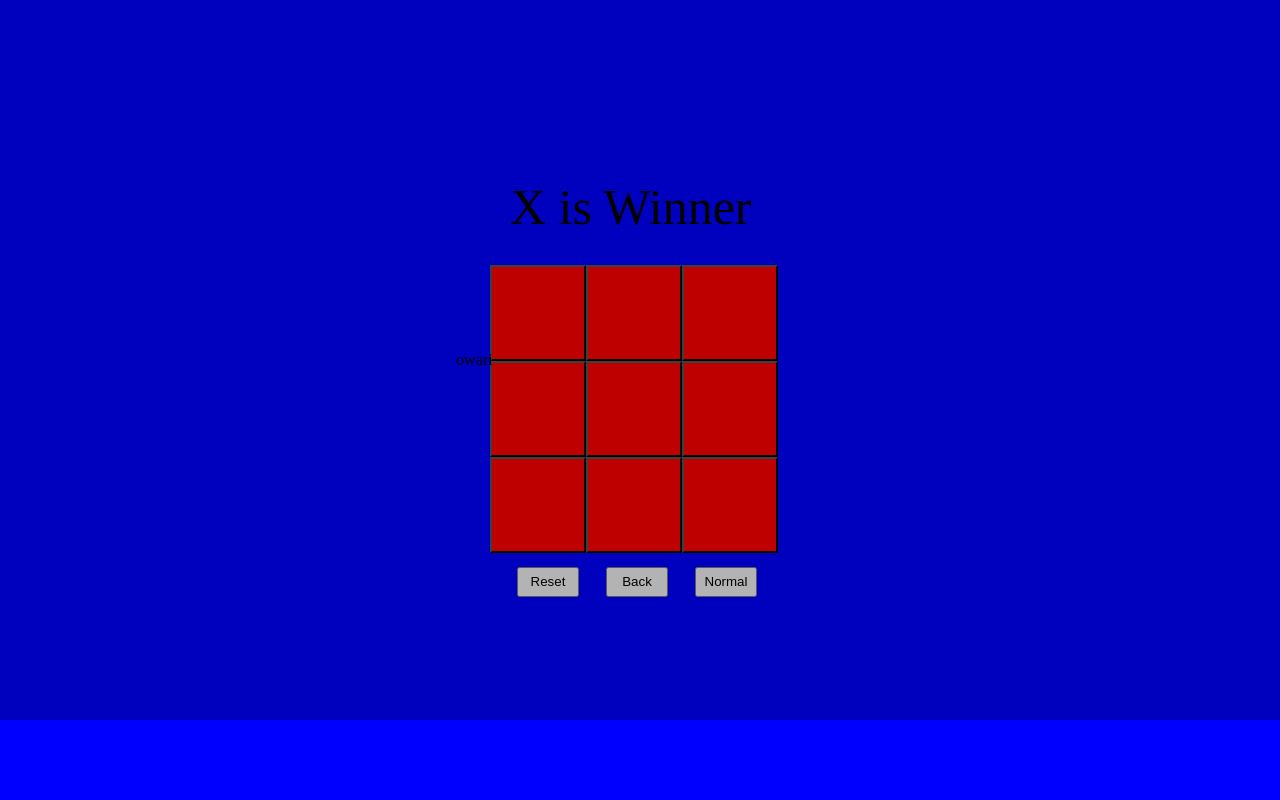
Repository: Mush-s/Folio-OX
Page: /game
The author's editor kept a copy of each file at every save. The page is drawn from the files as they stood at one save, then again after the next save.
The browser window is 1280 px wide. The pictures show the whole page.
The project was rebuilt for these pictures with package versions that can differ from the ones it lists, and the page was loaded fresh each time. Also part of the build but not shown: src/Start/Start.css, src/Start/Start.js.

Above is the page before, as saved 2022-09-02 19:01:23.

### src/index.js
import { createRoot } from "react-dom/client";
import { BrowserRouter } from "react-router-dom";
import ReactDOM from "react-dom";
import AfterGame from "./TicTacToe/AfterGame/AfterGame";

import App from "./App";
const container = document.getElementById("root");
const root = createRoot(container);
root.render(
  <BrowserRouter>
    <App />
  </BrowserRouter>
);

export const OverLay = () => {
  return ReactDOM.createPortal(
    <AfterGame />,
    document.getElementById("portal")
  );
};

### src/TicTacToe/AfterGame/AfterGame.js
import "./AfterGame.css";

const AfterGame = () => {
  return (
    <div className="after">
      <div className="content">owari</div>
    </div>
  );
};

export default AfterGame;

### src/App.js
import "./App.css";
import Game from "./TicTacToe/Game/Game";
import Start from "./Start/Start";
import { Route, Routes } from "react-router-dom";

const App = () => {
  return (
    <div className="app">
      <Routes>
        <Route path="/" element={<Start />} exact/>
        <Route path="/game" element={<Game />} />
      </Routes>
    </div>
  );
};

export default App;

### src/TicTacToe/AfterGame/AfterGame.css
.after {
    background: rgba(0, 0, 0, 0.25);
    position: fixed;
    left: 0;
    top: 0;
    height: 100%;
    width: 100%;
    display: flex;
    align-items: center;
    justify-content: center;
  }

  .after .content {
    background: transparent;
    padding: 1rem;
    width: 400px;
    height: auto;
  }

### src/App.css
.app {
  position: relative;
  height: 50em;
  background-color: blue;
}
/* Document
 * ========================================================================== */

/**
 * 1. Add border box sizing in all browsers (opinionated).
 * 2. Backgrounds do not repeat by default (opinionated).
 */

*,
::before,
::after {
  box-sizing: border-box; /* 1 */
  background-repeat: no-repeat; /* 2 */
}

/**
  * 1. Add text decoration inheritance in all browsers (opinionated).
  * 2. Add vertical alignment inheritance in all browsers (opinionated).
  */

::before,
::after {
  text-decoration: inherit; /* 1 */
  vertical-align: inherit; /* 2 */
}

/**
  * 1. Use the default cursor in all browsers (opinionated).
  * 2. Change the line height in all browsers (opinionated).
  * 3. Breaks words to prevent overflow in all browsers (opinionated).
  * 4. Use a 4-space tab width in all browsers (opinionated).
  * 5. Remove the grey highlight on links in iOS (opinionated).
  * 6. Prevent adjustments of font size after orientation changes in iOS.
  */

:where(:root) {
  cursor: default; /* 1 */
  line-height: 1.5; /* 2 */
  overflow-wrap: break-word; /* 3 */
  -moz-tab-size: 4; /* 4 */
  tab-size: 4; /* 4 */
  -webkit-tap-highlight-color: transparent; /* 5 */
  -webkit-text-size-adjust: 100%; /* 6 */
  text-size-adjust: 100%; /* 6 */
}

/* Sections
  * ========================================================================== */

/**
  * Remove the margin in all browsers (opinionated).
  */

:where(body) {
  margin: 0;
}

/**
  * Correct the font size and margin on `h1` elements within `section` and
  * `article` contexts in Chrome, Edge, Firefox, and Safari.
  */

:where(h1) {
  font-size: 2em;
  margin: 0.67em 0;
}

/* Grouping content
  * ========================================================================== */

/**
  * Remove the margin on nested lists in Chrome, Edge, and Safari.
  */

:where(dl, ol, ul) :where(dl, ol, ul) {
  margin: 0;
}

/**
  * 1. Correct the inheritance of border color in Firefox.
  * 2. Add the correct box sizing in Firefox.
  */

:where(hr) {
  color: inherit; /* 1 */
  height: 0; /* 2 */
}

/**
  * Remove the list style on navigation lists in all browsers (opinionated).
  */

:where(nav) :where(ol, ul) {
  list-style-type: none;
  padding: 0;
}

/**
  * Prevent VoiceOver from ignoring list semantics in Safari (opinionated).
  */

:where(nav li)::before {
  content: "\200B";
  float: left;
}

/**
  * 1. Correct the inheritance and scaling of font size in all browsers.
  * 2. Correct the odd `em` font sizing in all browsers.
  * 3. Prevent overflow of the container in all browsers (opinionated).
  */

:where(pre) {
  font-family: monospace, monospace; /* 1 */
  font-size: 1em; /* 2 */
  overflow: auto; /* 3 */
}

/* Text-level semantics
  * ========================================================================== */

/**
  * Add the correct text decoration in Safari.
  */

:where(abbr[title]) {
  text-decoration: underline;
  text-decoration: underline dotted;
}

/**
  * Add the correct font weight in Chrome, Edge, and Safari.
  */

:where(b, strong) {
  font-weight: bolder;
}

/**
  * 1. Correct the inheritance and scaling of font size in all browsers.
  * 2. Correct the odd `em` font sizing in all browsers.
  */

:where(code, kbd, samp) {
  font-family: monospace, monospace; /* 1 */
  font-size: 1em; /* 2 */
}

/**
  * Add the correct font size in all browsers.
  */

:where(small) {
  font-size: 80%;
}

/* Embedded content
  * ========================================================================== */

/*
  * Change the alignment on media elements in all browsers (opinionated).
  */

:where(audio, canvas, iframe, img, svg, video) {
  vertical-align: middle;
}

/**
  * Remove the border on iframes in all browsers (opinionated).
  */

:where(iframe) {
  border-style: none;
}

/**
  * Change the fill color to match the text color in all browsers (opinionated).
  */

:where(svg:not([fill])) {
  fill: currentColor;
}

/* Tabular data
  * ========================================================================== */

/**
  * 1. Collapse border spacing in all browsers (opinionated).
  * 2. Correct table border color in Chrome, Edge, and Safari.
  * 3. Remove text indentation from table contents in Chrome, Edge, and Safari.
  */

:where(table) {
  border-collapse: collapse; /* 1 */
  border-color: currentColor; /* 2 */
  text-indent: 0; /* 3 */
}

/* Forms
  * ========================================================================== */

/**
  * Remove the margin on controls in Safari.
  */

:where(button, input, select) {
  margin: 0;
}

/**
  * Correct the inability to style buttons in iOS and Safari.
  */

:where(button, [type="button" i], [type="reset" i], [type="submit" i]) {
  -webkit-appearance: button;
}

/**
  * Change the inconsistent appearance in all browsers (opinionated).
  */

:where(fieldset) {
  border: 1px solid #a0a0a0;
}

/**
  * Add the correct vertical alignment in Chrome, Edge, and Firefox.
  */

:where(progress) {
  vertical-align: baseline;
}

/**
  * 1. Remove the margin in Firefox and Safari.
  * 3. Change the resize direction in all browsers (opinionated).
  */

:where(textarea) {
  margin: 0; /* 1 */
  resize: vertical; /* 3 */
}

/**
  * 1. Correct the odd appearance in Chrome, Edge, and Safari.
  * 2. Correct the outline style in Safari.
  */

:where([type="search" i]) {
  -webkit-appearance: textfield; /* 1 */
  outline-offset: -2px; /* 2 */
}

/**
  * Correct the cursor style of increment and decrement buttons in Safari.
  */

::-webkit-inner-spin-button,
::-webkit-outer-spin-button {
  height: auto;
}

/**
  * Correct the text style of placeholders in Chrome, Edge, and Safari.
  */

::-webkit-input-placeholder {
  color: inherit;
  opacity: 0.54;
}

/**
  * Remove the inner padding in Chrome, Edge, and Safari on macOS.
  */

::-webkit-search-decoration {
  -webkit-appearance: none;
}

/**
  * 1. Correct the inability to style upload buttons in iOS and Safari.
  * 2. Change font properties to `inherit` in Safari.
  */

::-webkit-file-upload-button {
  -webkit-appearance: button; /* 1 */
  font: inherit; /* 2 */
}

/* Interactive
  * ========================================================================== */

/*
  * Add the correct styles in Safari.
  */

:where(dialog) {
  background-color: white;
  border: solid;
  color: black;
  height: -moz-fit-content;
  height: fit-content;
  left: 0;
  margin: auto;
  padding: 1em;
  position: absolute;
  right: 0;
  width: -moz-fit-content;
  width: fit-content;
}

:where(dialog:not([open])) {
  display: none;
}

/*
  * Add the correct display in Safari.
  */

:where(details > summary:first-of-type) {
  display: list-item;
}

/* Accessibility
  * ========================================================================== */

/**
  * Change the cursor on busy elements in all browsers (opinionated).
  */

:where([aria-busy="true" i]) {
  cursor: progress;
}

/*
  * Change the cursor on disabled, not-editable, or otherwise
  * inoperable elements in all browsers (opinionated).
  */

:where([aria-disabled="true" i], [disabled]) {
  cursor: not-allowed;
}

/*
  * Change the display on visually hidden accessible elements
  * in all browsers (opinionated).
  */

:where([aria-hidden="false" i][hidden]) {
  display: initial;
}

:where([aria-hidden="false" i][hidden]:not(:focus)) {
  clip: rect(0, 0, 0, 0);
  position: absolute;
}

### src/TicTacToe/Game/Game.js
import { useEffect, useState } from "react";
import Cell from "./Cell";
import { Pattern } from "../Patterns/Pattern";
import GameButtons from "./GameButtons/GameButtons";

import "./Game.css";
import { OverLay } from "../..";

const Game = () => {
  const [player, setPlayer] = useState("O");
  const [countDown, setCountDown] = useState(8);
  const [gameOver, setGameOver] = useState(false);
  const [result, setResult] = useState();
  const [mode, setMode] = useState("Normal");
  const [time, setTime] = useState(5);

  const [cellValues, setCellValues] = useState([
    "",
    "",
    "",
    "",
    "",
    "",
    "",
    "",
    "",
  ]);

  useEffect(() => {
    checkWin();
  });

  let timer;
  const updataCount = () => {
    timer = setInterval(() => {
      setTime((preC) => preC - 1);
    }, 1000);

    if (time === 0) {
      clearInterval(timer);
      if (player === "O") {
        setResult("X is Winner");
        setGameOver(true);
      }
      if (player === "X") {
        setResult("O is Winner");
        setGameOver(true);
      }
    }
  };

  useEffect(() => {
    updataCount();
    console.log(time);
    return () => clearInterval(timer);
  });

  useEffect(() => {
    setTime(5);
  }, [player]);

  const isCellEmpty = (index) => cellValues[index] === "";

  //Cell Clicked ここから

  const clickHandler = (index) => {
    if (isCellEmpty(index)) {
      setCountDown(countDown - 1);
      const newCellValues = [...cellValues];
      newCellValues[index] = player;
      setCellValues(newCellValues);

      if (player === "O") {
        setPlayer("X");
      } else {
        setPlayer("O");
      }

      if (countDown === 0) {
        setGameOver(true);
        setResult("引き分けです");
      }
      // Repaint mode 処理
    } else {
      if (mode === "Repaint") {
        setCountDown(countDown - 1);
        const newCellValues = [...cellValues];
        newCellValues[index] = player;
        setCellValues(newCellValues);

        if (player === "O") {
          setPlayer("X");
        } else {
          setPlayer("O");
        }
      }
      setMode("Normal");
    }
  };

  //Reset Button ここから

  const resetHandler = () => {
    setPlayer("O");
    setCountDown(8);
    setCellValues(["", "", "", "", "", "", "", "", ""]);
    setResult();
  };

  //Back button ここから

  const backHandler = () => {
    // setCountDown(countDown + 1);
    // const backedValues = [...cellValues]
    // setCellValues(backedValues)
    // if (player === "O") {
    //   setPlayer("X");
    // } else {
    //   setPlayer("O");
    // }
  };

  //Change button ここから

  const ChangeHandler = () => {
    if (mode === "Normal") {
      setMode("Repaint");
    }
    if (mode === "Repaint") {
      setMode("Normal");
    }
  };
  //勝ち負け判定

  const checkWin = () => {
    Pattern.forEach((currPa) => {
      const firstPlayer = cellValues[currPa[0]];
      if (firstPlayer === "") return;
      console.log(cellValues[currPa[0]]);
      let foundWiiningPattern = true;
      currPa.forEach((i) => {
        if (cellValues[i] !== firstPlayer) {
          foundWiiningPattern = false;
        }
      });

      if (foundWiiningPattern) {
        if (player === "O") {
          setResult("X is Winner");
          setGameOver(true);
        } else {
          setResult("O is Winner");
          setGameOver(true);
        }
      }
    });
  };
  return (
    <div className="game">
      <div className="result">{result}</div>
      {!gameOver && <div className="turn">{player}'s Turn</div>}
      {!gameOver && <p className="timer">You have {time} seconds</p>}
      {cellValues.map((value, index) => (
        <Cell key={index} value={value} onClick={() => clickHandler(index)} />
      ))}
      <GameButtons
        mode={mode}
        onClick={resetHandler}
        onBack={backHandler}
        onChange={ChangeHandler}
      />
      {gameOver && <OverLay gameOver={gameOver} />}
    </div>
  );
};

export default Game;

### src/TicTacToe/Game/Cell.js
import "./Cell.css";

const Cell = (props) => {
  return (
    <div className="cell flat border">
      <button onClick={props.onClick}>{props.value}</button>
    </div>
  );
};

export default Cell;

### src/TicTacToe/Patterns/Pattern.js
export const Pattern = [
  [0, 1, 2],
  [3, 4, 5],
  [6, 7, 8],
  [0, 3, 6],
  [1, 4, 7],
  [2, 5, 8],
  [0, 4, 8],
  [2, 4, 6],
];

### src/TicTacToe/Game/GameButtons/GameButtons.js
import "./GameButtons.css";

const GameOver = (props) => {
  return (
    <div className="gameover">
      <button onClick={props.onClick}>Reset</button>
      <button onClick={props.onBack}>Back</button>
      <button onClick={props.onChange}>{props.mode}</button>
    </div>
  );
};

export default GameOver;

### src/TicTacToe/Game/Game.css
.game {
  position: absolute;
  top: 40%;
  left: 50%;
  margin-right: -50%;
  transform: translate(-50%, -50%);
  height: 300px;
  width: 300px;
  display: flex;
  flex-wrap: wrap;
}

.game .result {
  font-size: 50px;
  margin-bottom: 20px;
margin-left:20px;
}

.game .timer {
  font-size: 30px;
  margin-bottom: 15px;
  margin-left:20px;
}

.game .turn {
  font-size: 30px;
  margin-left:70px;
}

### src/TicTacToe/Game/Cell.css
.cell {
    height: 32%;
    width: 32%;
}
.cell button{
  width:100%;
  height:100%;
  color:aqua;
  background-color: red;
}


  .flat.border:hover {
    background: #ff9300;
    color: #fff;
  }
  .flat.border:active, .flat.border:focus {
    top: 2px;
  }

### src/TicTacToe/Game/GameButtons/GameButtons.css
.gameover {
  text-align: center;
  font-size: 30px;
}

.gameover button {
  width: 62px;
  height: 30px;
  margin-left: 27px;
}

Loaded but not shown: public/index.html (common file)

After the next save:
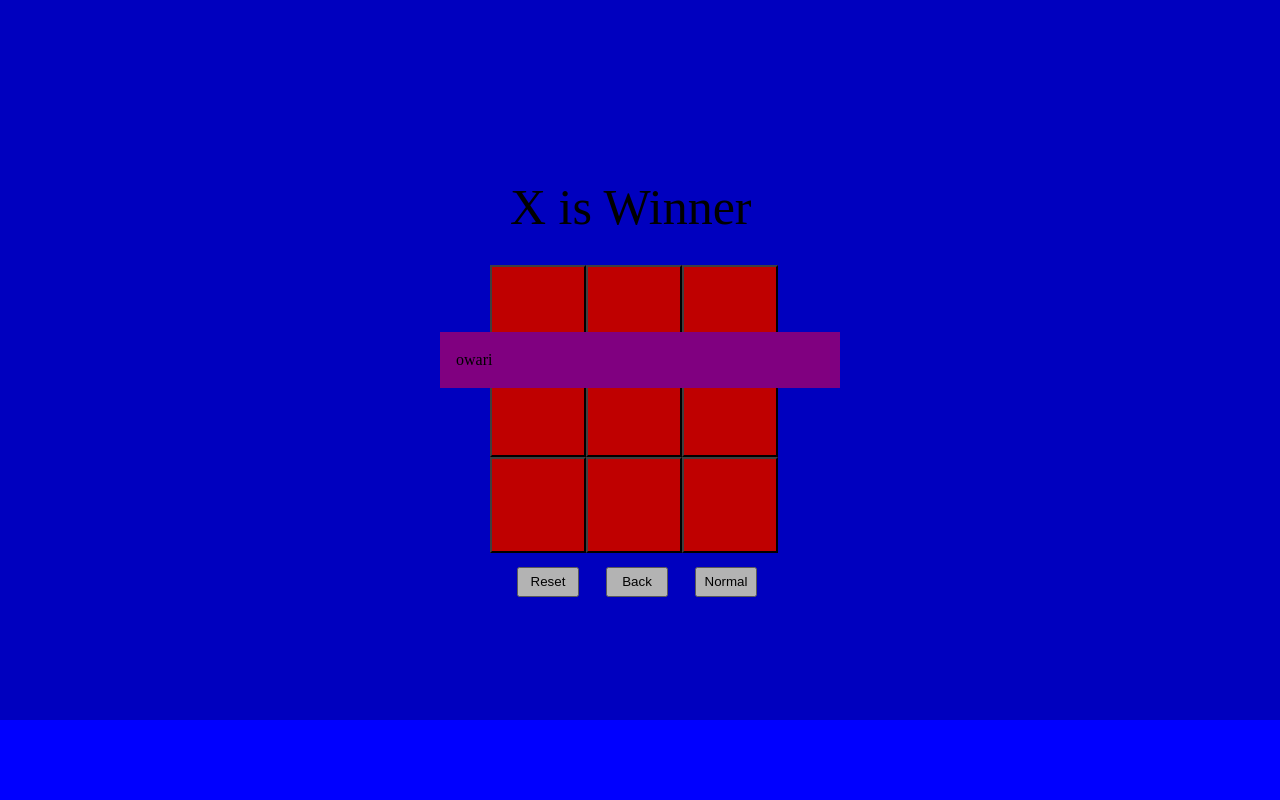
Saved 21 s later.
--- a/src/TicTacToe/AfterGame/AfterGame.css
+++ b/src/TicTacToe/AfterGame/AfterGame.css
@@ -11,7 +11,7 @@
   }
 
   .after .content {
-    background: transparent;
+    background: purple;
     padding: 1rem;
     width: 400px;
     height: auto;
